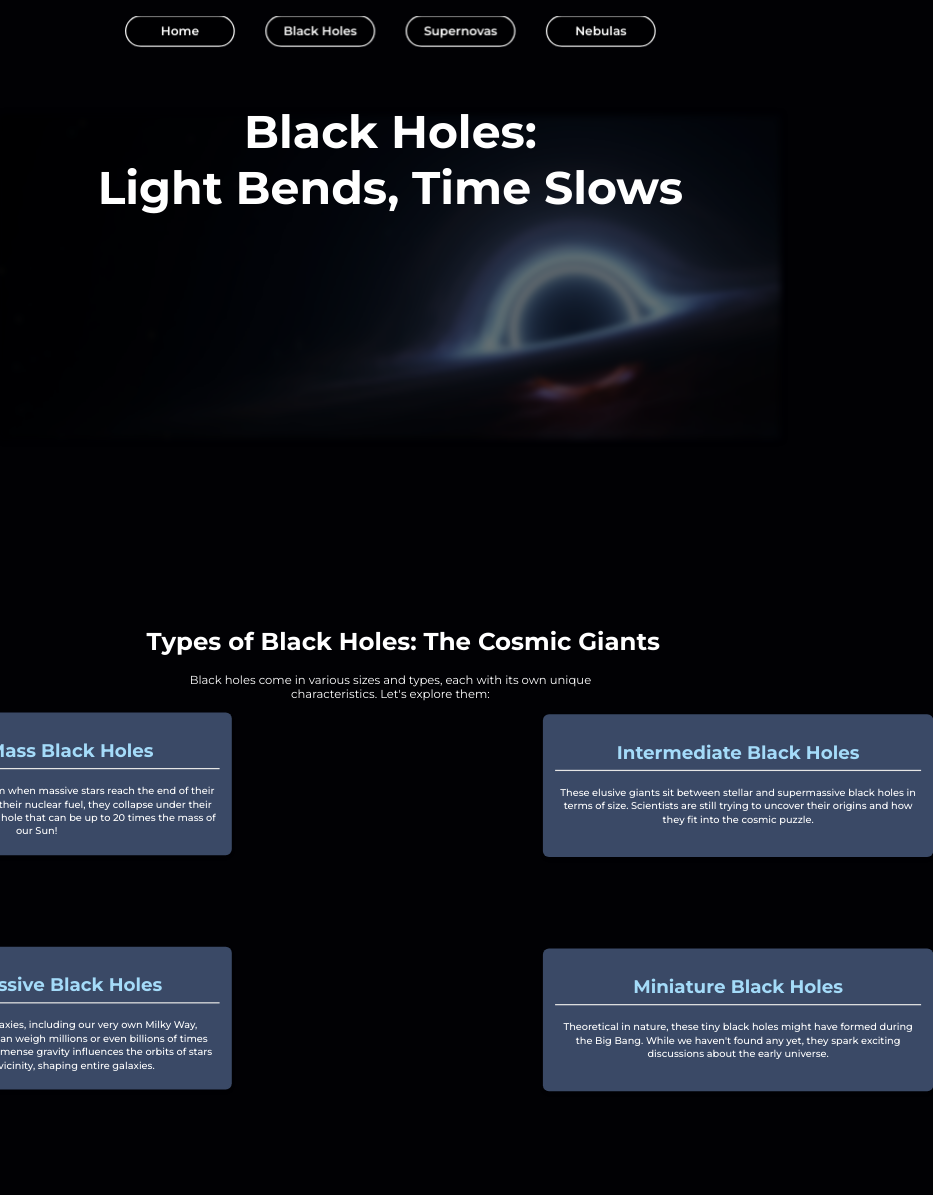
Repository: english-only/Space-Website
Page: black_hole.html
An editor plug-in stored every save of this project. The page is shown before and after the next save, followed by the edit.
The browser window is 1280 px wide. The page is 1530 px wide, so the pictures cover 1530 px, including what lies to the right of the window. The pictures show the whole page, at 61% of full size.
Backgrounds fixed to the window are drawn as part of the page.

Above is the page before, as saved 2025-04-14 13:50:33.

After the next save:
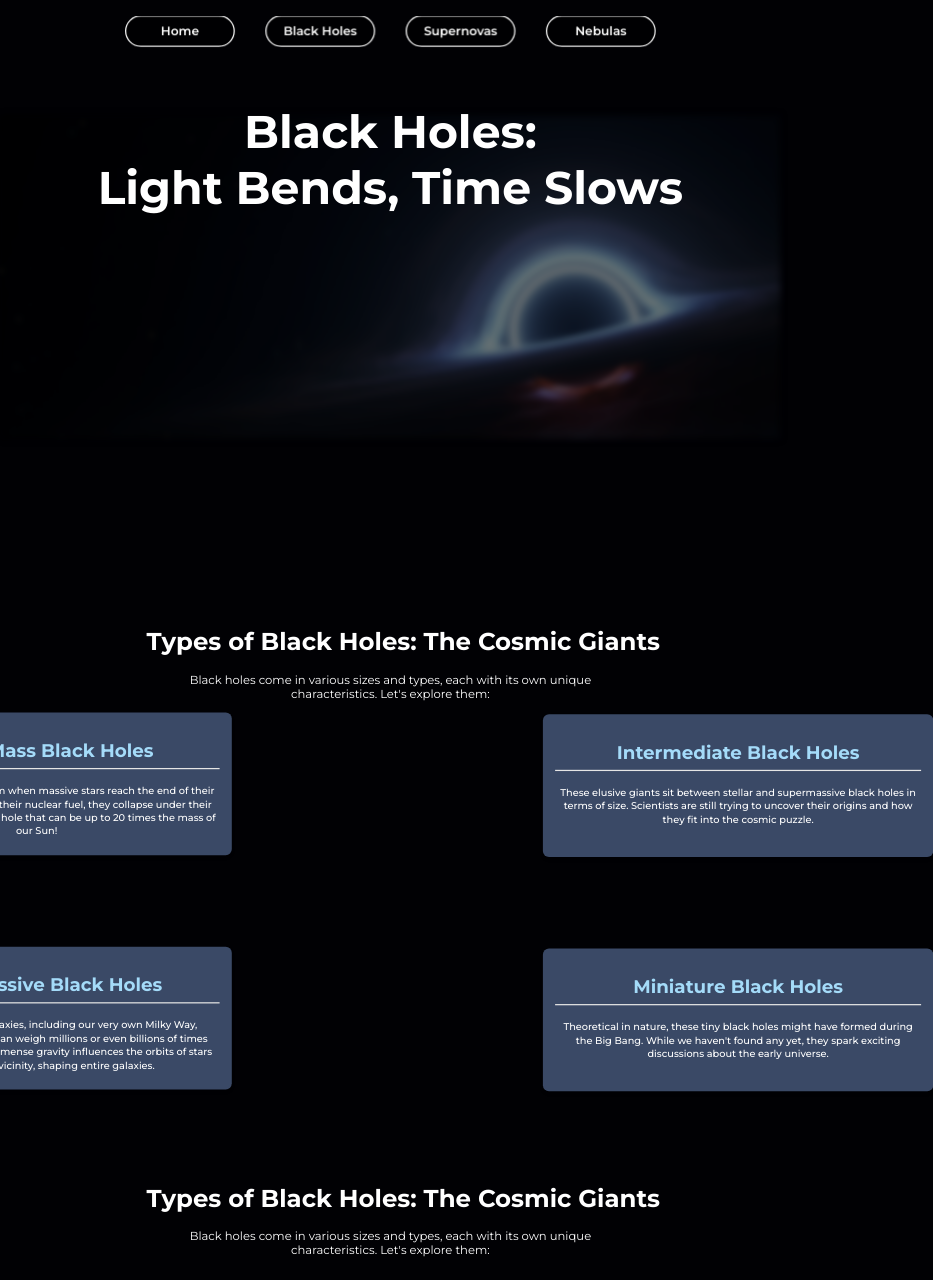
Saved 19 s later.
--- a/black_hole.html
+++ b/black_hole.html
@@ -81,7 +81,13 @@
           </div>
         </div>
       </div>
-      <div></div>
+      <div class="stupid-text">
+        <h1>Types of Black Holes: The Cosmic Giants</h1>
+        <p>
+          Black holes come in various sizes and types, each with its own unique
+          characteristics. Let's explore them:
+        </p>
+      </div>
     </div>
 
     <script>
